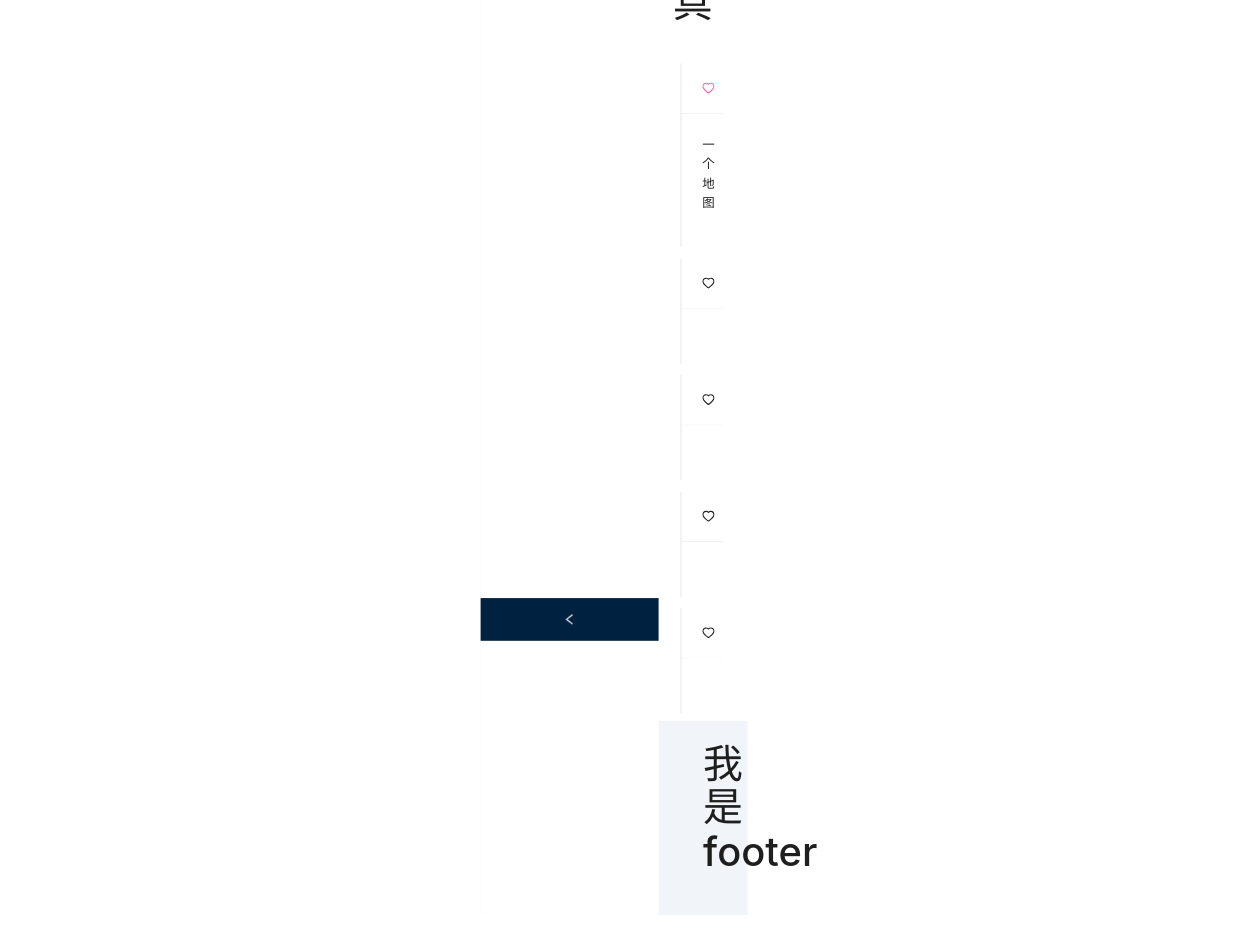
Repository: chenyl8848/chen-tool-collection
Page: /
These files come from the project's save history. The page is drawn as it stood at one moment and after the next save; the edit follows.
The browser window is 1280 px wide. The page is 1410 px wide, so the pictures cover 1410 px, including what lies to the right of the window. The pictures show the whole page, at 89% of full size.
The project was rebuilt for these pictures with package versions that can differ from the ones it lists, and the page was loaded fresh each time. Also part of the build but not shown: vite.config.ts, src/components/HelloWorld.vue.

Above is the page before, as saved 2024-01-12 17:03:12.

### src/main.ts
import { createApp } from 'vue'
import './style.css'

// import Antd from 'ant-design-vue';
import 'ant-design-vue/dist/reset.css';

import router from './router';
import store from './store';

import App from './App.vue'

const app = createApp(App)

// app.use(Antd)
app.use(router)
app.use(store)

app.mount('#app')

### src/router/index.ts
import { createRouter, createWebHistory, RouteRecordRaw } from "vue-router"

import HelloWorld from '@/components/HelloWorld.vue'
import Home from '@/pages/Home.vue'

const routes: RouteRecordRaw[] = [
    {
        path: '/',
        component: Home
    },
    {
        path: '/hello',
        component: HelloWorld
    }
]

const router = createRouter({
    history: createWebHistory(),
    routes
})

export default router

### src/store/index.ts
import { createPinia } from "pinia";

const store = createPinia()

export default store

### src/App.vue
<script setup lang="ts">
import Layout from '@/layout/index.vue';
</script>

<template>
  <div>
    <Layout></Layout>
  </div>
</template>

<style scoped>
</style>

### src/pages/Home.vue
<script lang="ts" setup>

import useToolStore from '@/store/module/tool';
import { ToolsType } from '@/tools';
import { onMounted } from 'vue';
import {
    HeartOutlined,
    SettingFilled,
    SmileOutlined,
    SyncOutlined,
    LoadingOutlined,
} from '@ant-design/icons-vue';
import router from '@/router';

const toolStore = useToolStore()
let tools: Array<ToolsType> = []

onMounted(() => {
    tools = toolStore.allTools
})

// 收藏
const favorite = (tool: ToolsType, event) => {
    event.stopPropagation();
    console.log(tool, "tttttttttt")
}

const clickTool = (tool: ToolsType) => {
    router.push(tool.path)
}
</script>

<template>
    <h1>全部工具</h1>

    <div style="padding: 8px">
        <a-row :gutter="16">
            <a-col :span="6" v-for="item in tools" style="margin-top: 12px;">
                <a-card :title="item.name" @click="clickTool(item)">
                    <template #extra>
                        <a-tooltip placement="bottom">
                            <template #title>
                                <span v-if="!item.isLike">加入收藏</span>
                                <span v-else>取消收藏</span>
                            </template>
                            <HeartOutlined @click.native="favorite(item, $event)"
                                :style="{ color: item.isLike ? 'hotpink' : '' }" />
                        </a-tooltip>
                    </template>
                    <p>{{ item.description }}</p>
                </a-card>
            </a-col>
        </a-row>
    </div>
</template>

### src/layout/index.vue
<script lang="ts" setup>

import Siderbar from '@/layout/siderbar/index.vue'
import Header from '@/layout/header/index.vue'
import Content from '@/layout/content/index.vue'
import Footer from '@/layout/footer/index.vue'
import { ref } from 'vue';
const collapsed = ref<boolean>(false);

</script>

<template>
    <a-layout class="layout">
        <a-layout-sider v-model:collapsed="collapsed" collapsible class="layout-siderbar">
            <Siderbar></Siderbar>
        </a-layout-sider>
        <a-layout>
            <a-layout-header class="layout-header">
                <Header></Header>
            </a-layout-header>
            <a-layout-content class="layout-content">
                <Content></Content>
            </a-layout-content>
            <a-layout-footer class="layout-footer">
                <Footer></Footer>
            </a-layout-footer>
        </a-layout>
    </a-layout>
</template>

<style scoped>
.layout {
    min-height: 100vh;

}

.layout-siderbar {
    background-color: white;

}

.layout-header {
    background: #fff;
    padding: 0
}

.layout-content {
    margin: 0 16px;
    background-color: #f1f5f9;
}

.layout-footer {
    text-align: center;
    background-color: #f1f5f9;
}
</style>

### src/store/module/tool.ts
import { defineStore } from "pinia";
import { tools, ToolsType, MenuType } from "@/tools";
import { RouteRecordRaw } from "vue-router"
import router from "@/router";
import { h } from "vue";
import HelloWorld from '@/components/HelloWorld.vue'

import {
    PieChartOutlined,
    MailOutlined,
    DesktopOutlined,
    InboxOutlined,
    AppstoreOutlined,
} from '@ant-design/icons-vue';

const modules = import.meta.glob('@/**/*.vue')

const useToolStore = defineStore('toolStore', () => {

    const getMenus = generateDynamicMenus(tools)
    const getRoutes = generateDynamicRoutes(tools)
    const allTools:Array<ToolsType> = []
    generateAllTools(tools, allTools)

    return {
        getMenus,
        getRoutes,
        allTools
    }
})

const generateDynamicMenus = (tools: Array<ToolsType>): Array<MenuType> => {
    let menus: Array<MenuType> = []

    tools.forEach((item) => {
        let children: Array<MenuType> = []

        if (item.list) {
            children = generateDynamicMenus(item.list)
        }

        let menu: MenuType = {
            key: item.path,
            title: item.name,
            label: item.name,
            path: item.path,
            icon: () => h(AppstoreOutlined)
        }

        if (children.length > 0) {
            menu.children = children
        }

        menus.push(menu)
    })

    return menus;
}

const generateDynamicRoutes = (tools: Array<ToolsType>): Array<RouteRecordRaw> => {

    let routes: Array<RouteRecordRaw> = []

    tools.forEach((item: ToolsType) => {
        let children: Array<RouteRecordRaw> = []
        if (item.list) {
            generateDynamicRoutes(item.list)
        }

        let route: RouteRecordRaw = {
            name: item.name,
            path: item.path,
            // component: HelloWorld,
            component: modules[`/src/pages/${item.path}.vue`],
            children: children
        }
        router.addRoute(route)
        routes.push(route)
    });

    return routes
}

const generateAllTools = (tools: Array<ToolsType>,toolList: Array<ToolsType>): Array<ToolsType> => {

    tools.forEach((item: ToolsType) => {
        if (!item.list) {
            toolList.push(item)
        } else {
            generateAllTools(item.list, toolList)
        }

    })

    return toolList
}

export default useToolStore

### src/layout/siderbar/index.vue
<script lang="ts" setup>
import Logo from '@/layout/siderbar/logo/index.vue'
import Menu from '@/layout/siderbar/menu/index.vue'
</script>

<template>
  <div>
    <div class="logo">
      <Logo></Logo>
    </div>
    <Menu></Menu>
  </div>
</template>

<style scoped>
.logo {
  padding: 5px;
  height: 90px;
}
</style>

### src/layout/header/index.vue
<script lang="ts" setup>
import { h, ref } from 'vue';
import {
  HomeOutlined,
  GithubOutlined,
  WechatOutlined,
  InfoCircleOutlined,
  HeartTwoTone
} from '@ant-design/icons-vue';
import router from '@/router';

const searchText = ref('')

const goHome = () => {
  router.push('/')
}

const onSearch = () => {
  console.log('onSearchhhhhhhhhhhh')
}
</script>

<template>
  <div class="header">
    <a-flex gap="middle" horizontal>
      <a-tooltip>
        <template #title>主页</template>
        <home-outlined class="icon" @click="goHome()" />
      </a-tooltip>
      <a-input-search v-model:value="searchText" placeholder="input search text" style="min-width: 400px"
        @search="onSearch" />
      <a-tooltip>
        <template #title>Github</template>
        <github-outlined class="icon" />
      </a-tooltip>
      <a-tooltip>
        <template #title>微信公众号</template>
        <wechat-outlined class="icon" />
      </a-tooltip>
      <a-tooltip>
        <template #title>关于</template>
        <info-circle-outlined class="icon" />
      </a-tooltip>
      <a-button :icon="h(HeartTwoTone)" href="https://www.google.com" style="">打赏</a-button>
    </a-flex>
  </div>
</template>

<style scoped>
.header {
  margin: 18px 12px 0px 12px;
}

.icon {
  font-size: 24px;
  margin-top: 4px;
}
</style>

### src/layout/content/index.vue
<script lang="ts" setup>
import Breadcrumb from '@/layout/content/breadcrumb.vue'
</script>

<template>
  <Breadcrumb></Breadcrumb>
  <div class="content">
    <router-view></router-view>
  </div>
</template>

<style scoped>
.content {
  padding: '24px';
  background: #f1f5f9;
  min-height: 480px
}
</style>

### src/layout/footer/index.vue
<script lang="ts" setup>

</script>

<template>
  <div>
    <h1>我是footer</h1>
  </div>
</template>

### src/tools.ts
export interface ToolsType {
    name: string,
    icon?: string,
    description?: string,
    isLike?: boolean,
    path: string,
    list?: Array<ToolsType>
}

export interface MenuType {
    key: string,
    icon: any,
    label: string,
    title: string,
    path?: string,
    children?: Array<MenuType>
}

export const tools: Array<ToolsType> = [
    {
        name: '图片&视频',
        icon: 'map',
        path: '/images',
        list: [
            {
                name: '地图',
                icon: '',
                path: '/map',
                isLike: true,
                description: '一个地图'
            }
        ]
    },
    {
        name: '编程开发',
        icon: 'develop',
        path: '/develop',
        list: [
            {
                name: 'XML转JSON',
                icon: '',
                path: '/xml'
            },
            {
                name: 'IP地址查询',
                icon: '',
                path: '/ip'
            },

        ]
    },
    {
        name: '游戏',
        icon: 'map',
        path: '/game',
        list: [
            {
                name: 'XML转JSON',
                icon: '',
                path: '/json'
            },
            {
                name: 'IP地址查询',
                icon: '',
                path: '/query'
            },

        ]
    },

]

### src/layout/content/breadcrumb.vue
<template>
    <a-breadcrumb class="breadcrumb">
        <a-breadcrumb-item>User</a-breadcrumb-item>
        <a-breadcrumb-item>Bill</a-breadcrumb-item>
    </a-breadcrumb>
</template>

<style scoped>
.breadcrumb {
    margin: 16px 0;
}
</style>

### src/layout/siderbar/logo/index.vue
<script lang="ts" setup>

</script>

<template>
  <div>
    <h1>我是logo</h1>
  </div>
</template>

### src/layout/siderbar/menu/index.vue
<template>
  <div>
    <a-menu mode="inline" :inline-collapsed="state.collapsed" :items="items" @click="jumpTo"></a-menu>
  </div>
</template>
<script lang="ts" setup>
import { reactive, h, onMounted } from 'vue';
import {
  PieChartOutlined,
  MailOutlined,
  DesktopOutlined,
  InboxOutlined,
  AppstoreOutlined,
} from '@ant-design/icons-vue';
import useToolStore from "@/store/module/tool";
import router from '@/router';

const state = reactive({
  collapsed: false
});

const items = reactive([]);

onMounted(() => {
  getMenus()
})

const getMenus = () => {
  const toolStore = useToolStore()
  let menus = toolStore.getMenus
  items.push(...menus)
}

const jumpTo = ({ item, key, keyPath }) => {

  console.log(item, key, keyPath, "hleoo")
  router.push(key)
}
</script>

Loaded but not shown: index.html (common file); src/style.css (common file)

After the next save:
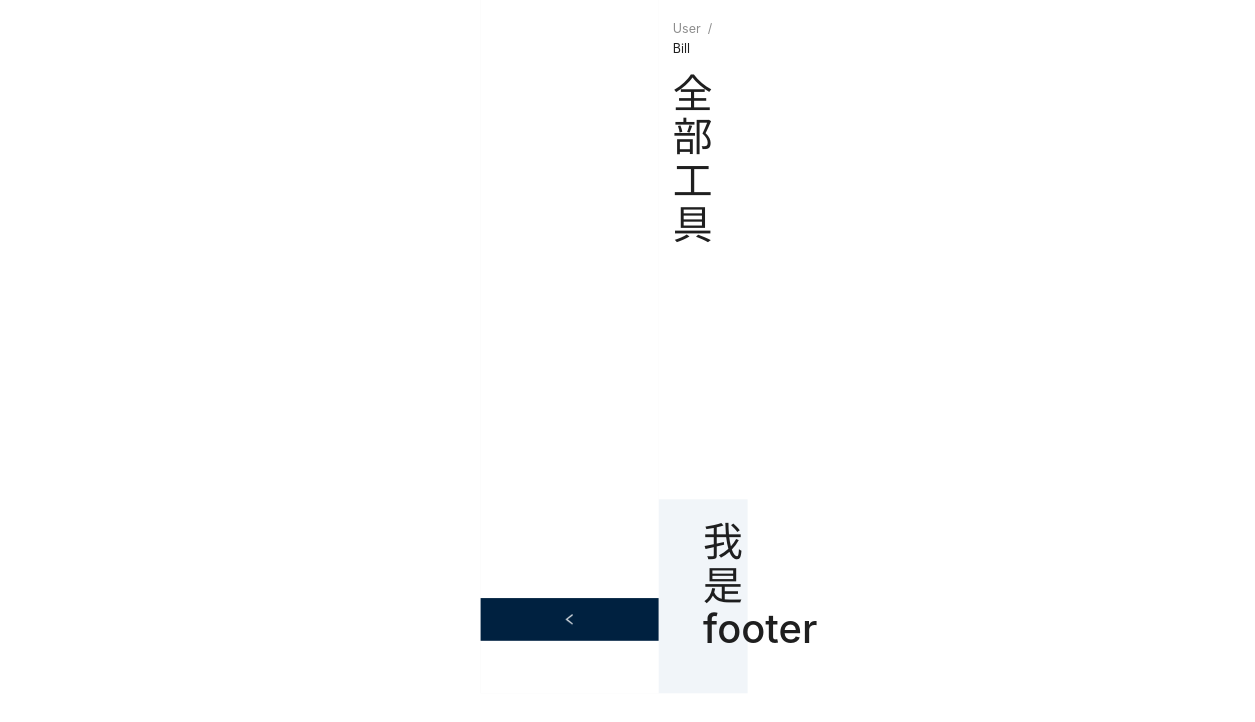
Console error (its wording comes from the project's code and is left out).
Saved 11 s later.
--- a/src/tools.ts
+++ b/src/tools.ts
@@ -25,7 +25,7 @@
             {
                 name: '地图',
                 icon: '',
-                path: '/map',
+                path: 'map',
                 isLike: true,
                 description: '一个地图'
             }

After the save that followed:
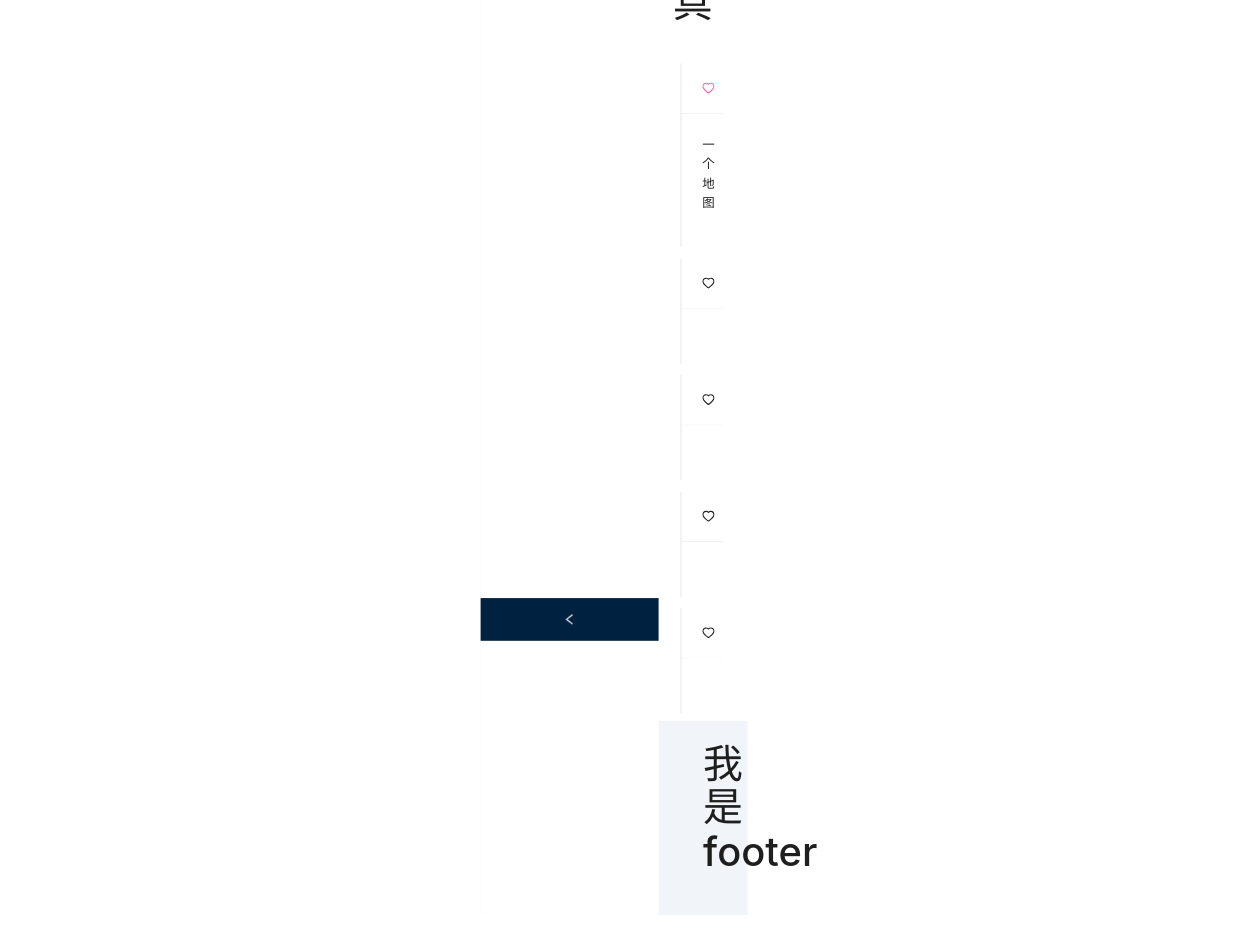
The error is gone.
Saved 9 s later.
--- a/src/tools.ts
+++ b/src/tools.ts
@@ -25,7 +25,7 @@
             {
                 name: '地图',
                 icon: '',
-                path: 'map',
+                path: '/map',
                 isLike: true,
                 description: '一个地图'
             }
